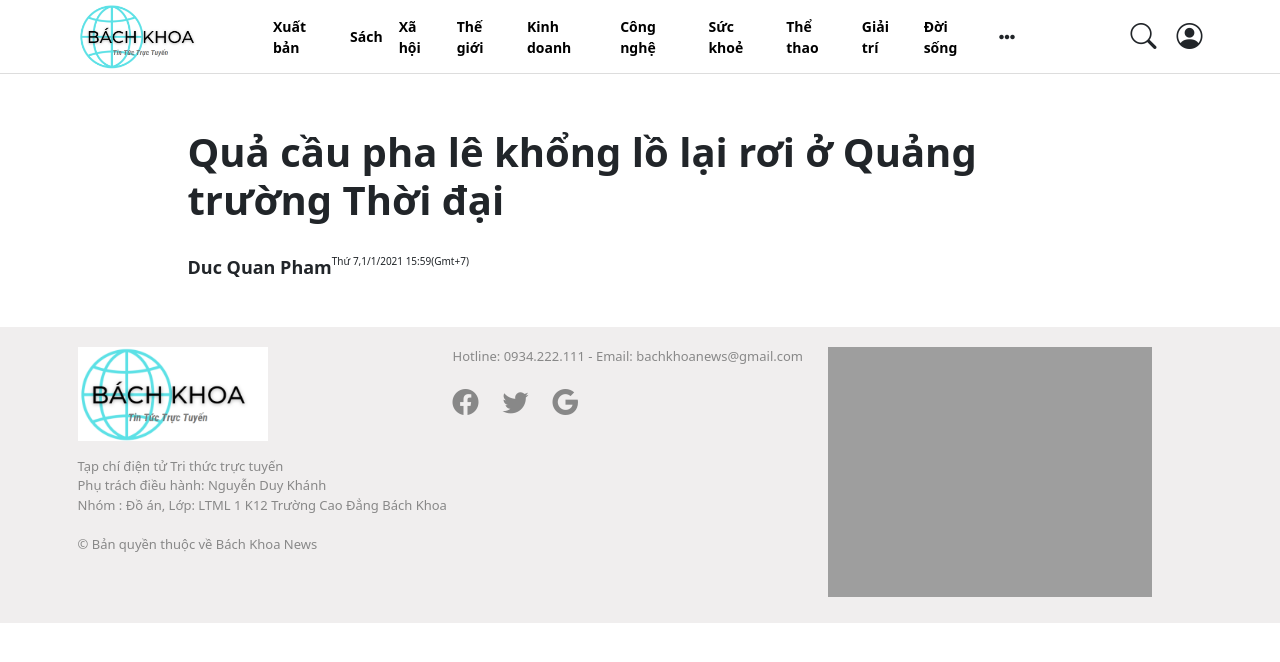
Repository: khanh2324/Java_Web
Page: WebContent/home-new/index.html
An editor plug-in stored every save of this project. The page is shown before and after the next save, followed by the edit.
The browser window is 1280 px wide. The pictures show the whole page.
Pictures or frames that could not be fetched are drawn as grey boxes. Some web libraries are served in a nearby version.

Above is the page before, as saved 2022-01-01 16:03:27.

After the next save:
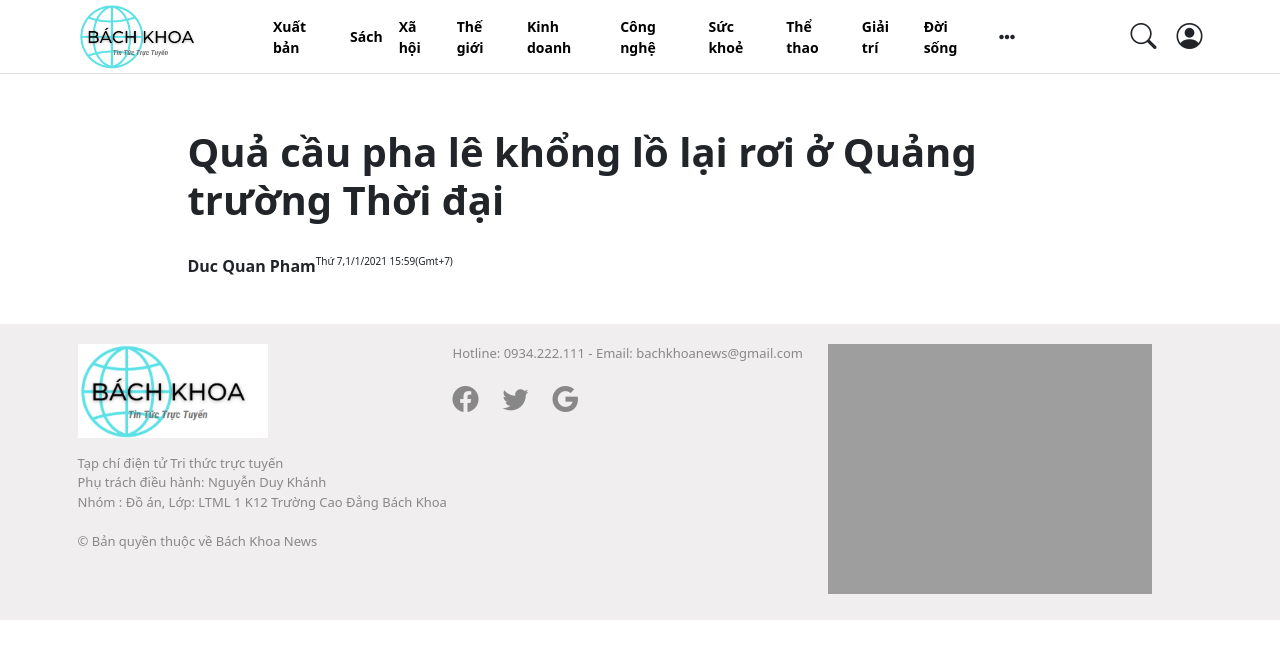
Saved 4 s later.
--- a/WebContent/home-new/css/style.css
+++ b/WebContent/home-new/css/style.css
@@ -139,7 +139,7 @@
   padding-top: 10%;
 }
 .category-title_name {
-  font-size: 1.8rem;
+  font-size: 1.6rem;
 }
 /* Footer */
 .footer {
